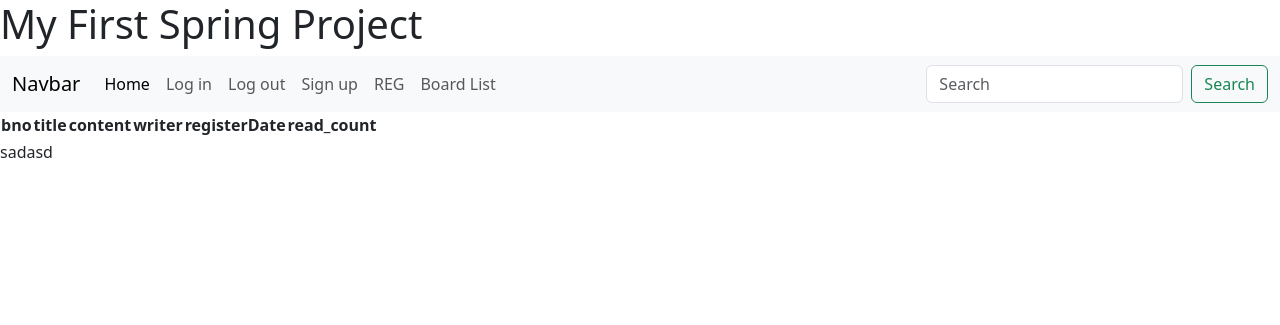
Repository: dfhdfhdfsza/springtest
Page: http://localhost/spring-Test/WEB-INF/views/board/detail.jsp
An editor plug-in stored every save of this project. The page is shown before and after the next save, followed by the edit.
The browser window is 1280 px wide. The pictures show the whole page.
The page is served by Tomcat 9. Nobody is signed in. The template is opened directly, without the code that normally fills it, so the values that code supplies are empty.

Above is the page before, as saved 2023-10-05 09:20:18.

After the next save:
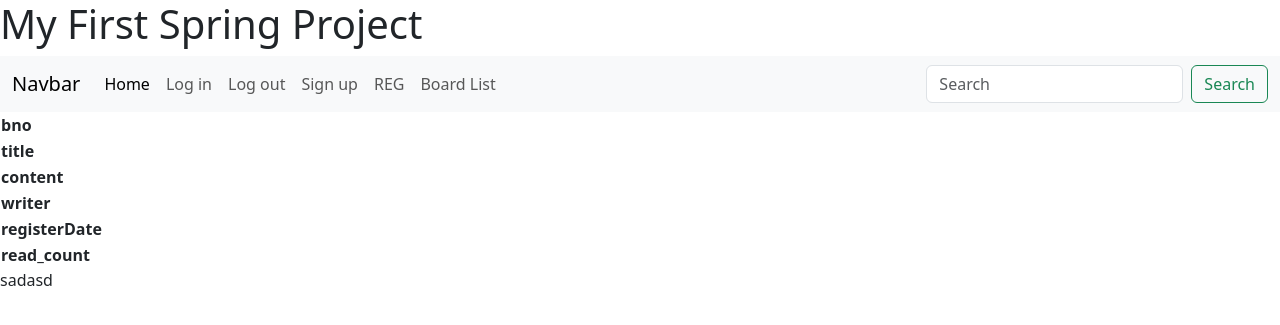
Saved 50 min 21 s later.
--- a/spring-Test/src/main/webapp/WEB-INF/views/board/detail.jsp
+++ b/spring-Test/src/main/webapp/WEB-INF/views/board/detail.jsp
@@ -9,26 +9,32 @@
 <body>
 <jsp:include page="../layout/header.jsp"></jsp:include>
 	<table>
-		<thead>
+
 			<tr>
 				<th>bno</th>
+				<td>${bvo.bno }</td>
+			</tr>
+			<tr>
 				<th>title</th>
+				<td>${bvo.title }</td>
+			</tr>
+			<tr>
 				<th>content</th>
+				<td>${bvo.content }</td>
+			</tr>
+			<tr>
 				<th>writer</th>
+				<td>${bvo.writer }</td>
+			</tr>
+			<tr>
 				<th>registerDate</th>
+				<td>${bvo.registerDate }</td>
+			</tr>
+			<tr>
 				<th>read_count</th>
-			</tr>
-		</thead>
-		<tbody>
-			<tr>
-				<td>${bvo.bno }</td>
-				<td>${bvo.title }</td>
-				<td>${bvo.content }</td>
-				<td>${bvo.writer }</td>
-				<td>${bvo.registerDate }</td>
 				<td>${bvo.read_count }</td>
 			</tr>
-		</tbody>
+
 	</table>
 	<jsp:include page="../layout/footer.jsp"></jsp:include>
 </body>
